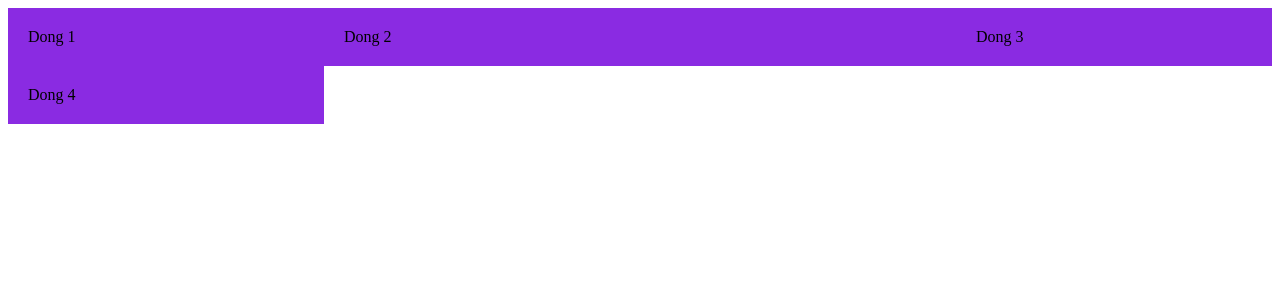
Repository: Thonghehe/Lab2_Web106
Page: Buoi2/index23.html
The author's editor kept a copy of each file at every save. The page is drawn from the files as they stood at one save, then again after the next save.
The browser window is 1280 px wide. The pictures show the whole page.

Above is the page before, as saved 2024-03-09 17:03:29.

### Buoi2/index23.html
<!-- layout phuc tap -->
<!DOCTYPE html>
<html lang="en">

<head>
    <meta charset="UTF-8">
    <meta name="viewport" content="width=device-width, initial-scale=1.0">
    <title>Document</title>
    <style>
        .container {
            display: grid;
            grid-template-columns: 1fr 2fr 1fr;
        }

        .item {
            background-color: blueviolet;
            padding: 20px;
        }
    </style>
</head>

<body>
    <div class="container">
        <div class="item">Dong 1</div>
        <div class="item">Dong 2</div>
        <div class="item">Dong 3</div>
        <div class="item">Dong 4</div>
    </div>
</body>

</html>

After the next save:
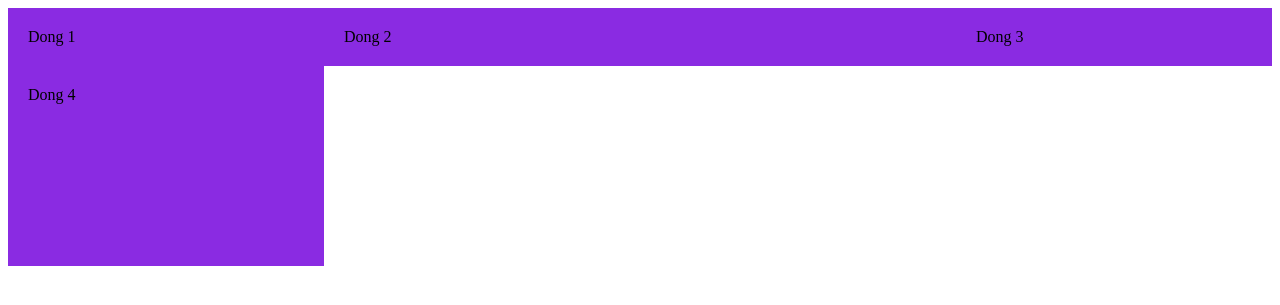
Saved 15 s later.
--- a/Buoi2/index23.html
+++ b/Buoi2/index23.html
@@ -10,6 +10,7 @@
         .container {
             display: grid;
             grid-template-columns: 1fr 2fr 1fr;
+            grid-template-rows: auto 200px auto;
         }
 
         .item {
